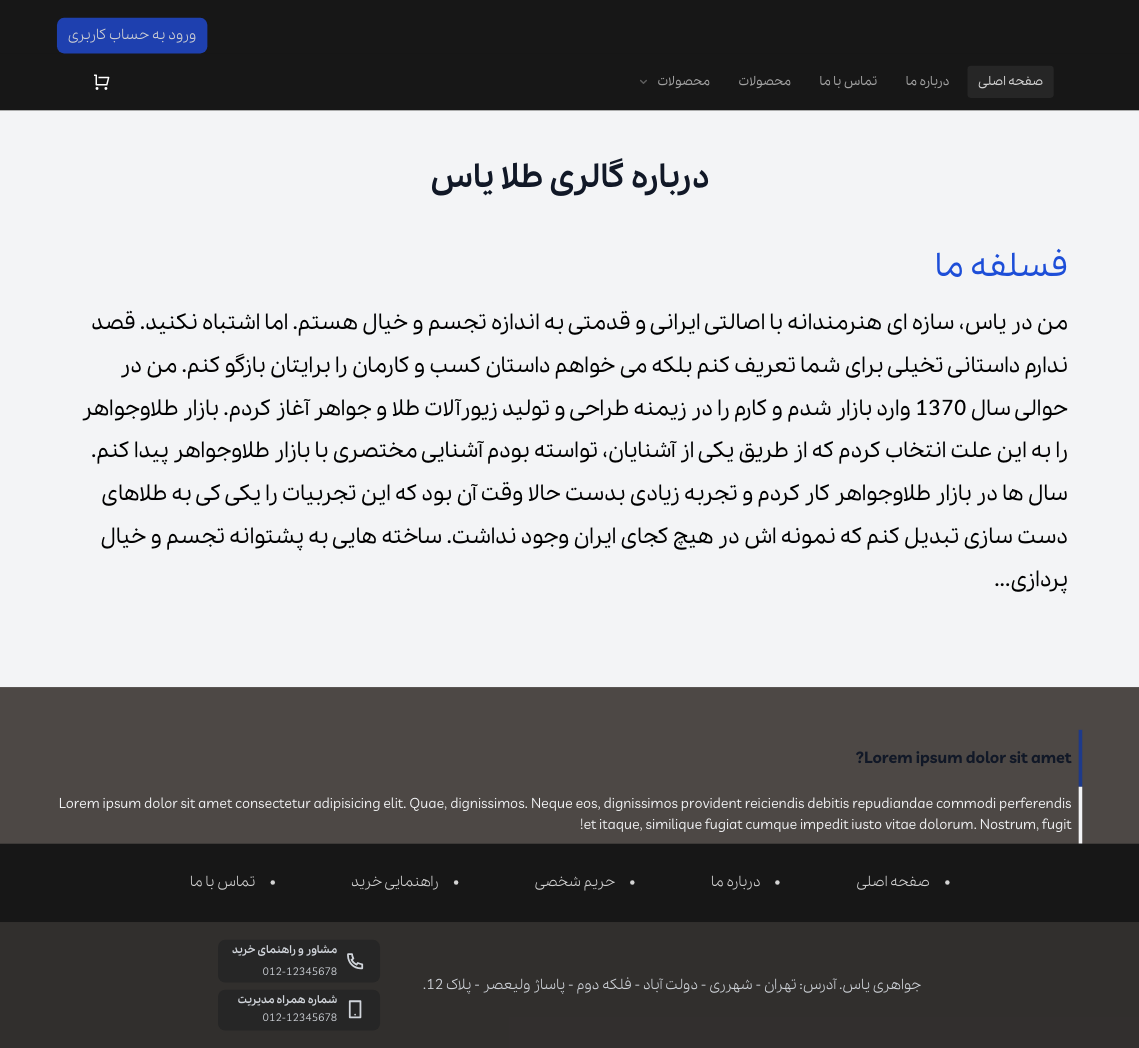
Repository: aliakbarmotallebi/yasgoldgallery-ui
Page: /about
These files come from the project's save history. The page is drawn as it stood at one moment and after the next save; the edit follows.
The browser window is 1280 px wide. The pictures show the whole page, at 89% of full size.
The project was rebuilt for these pictures with package versions that can differ from the ones it lists, and the page was loaded fresh each time. Also part of the build but not shown: src/components/Brands.jsx, src/components/GridImages.js, src/components/SpecialComments.jsx, src/components/CardProduct.jsx, src/components/SpecialProducts.jsx, src/components/SuggestedProducts.jsx, src/pages/HomePage.jsx, src/pages/NotFound.jsx and 4 more.

Above is the page before, as saved 2023-01-16 12:19:47.

After the next save:
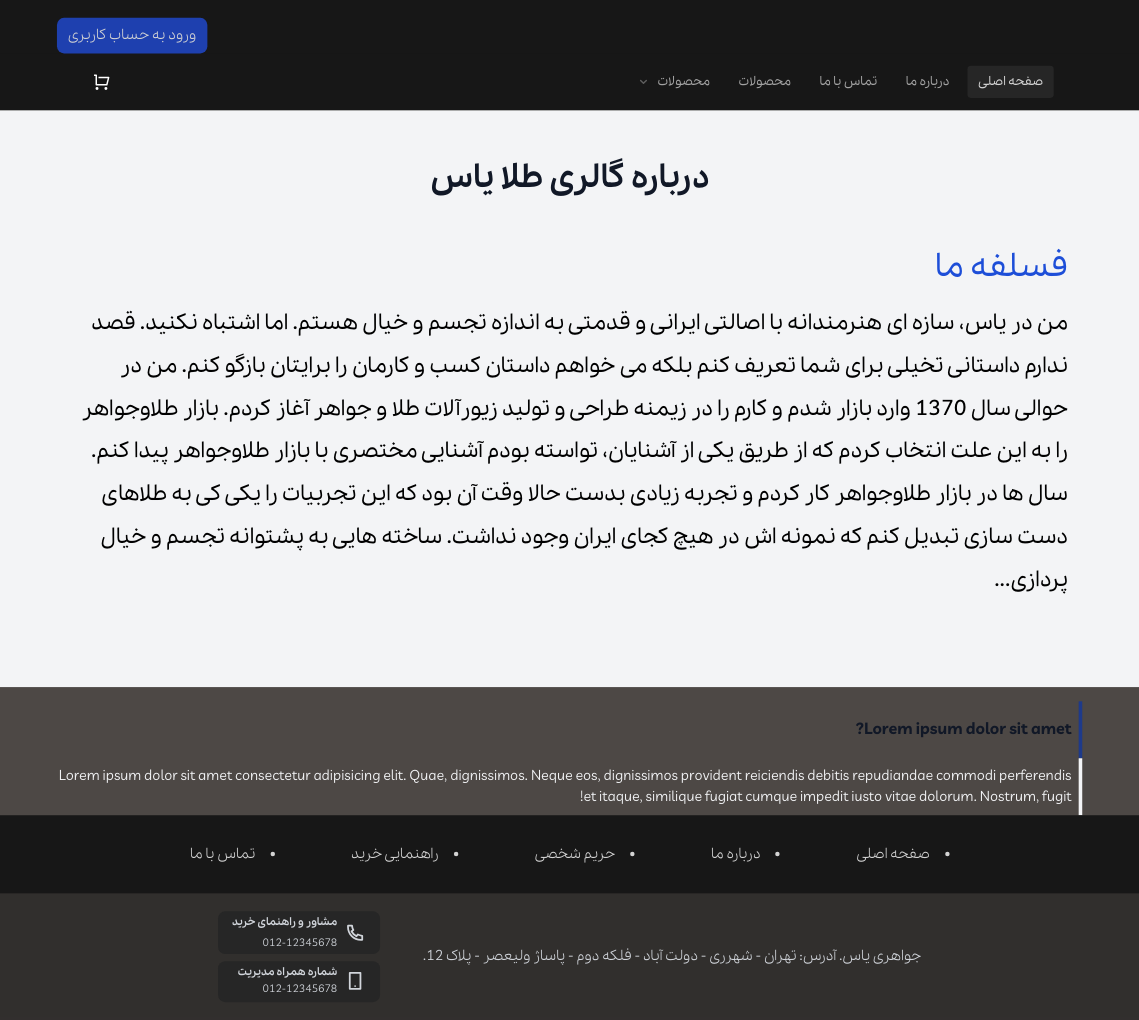
Saved 12 s later.
--- a/src/pages/AboutPage.jsx
+++ b/src/pages/AboutPage.jsx
@@ -24,7 +24,7 @@ const AboutPage = () => {
                 </div>
             </div>
 
-            <div class="space-y-12 px-2 xl:px-16 mt-12">
+            <div class="space-y-12 px-2 xl:px-16">
                 <div class="mt-4 flex gap-2">
                     <div>
                         <div class="flex items-center h-16 border-l-4 border-blue-900"></div>
